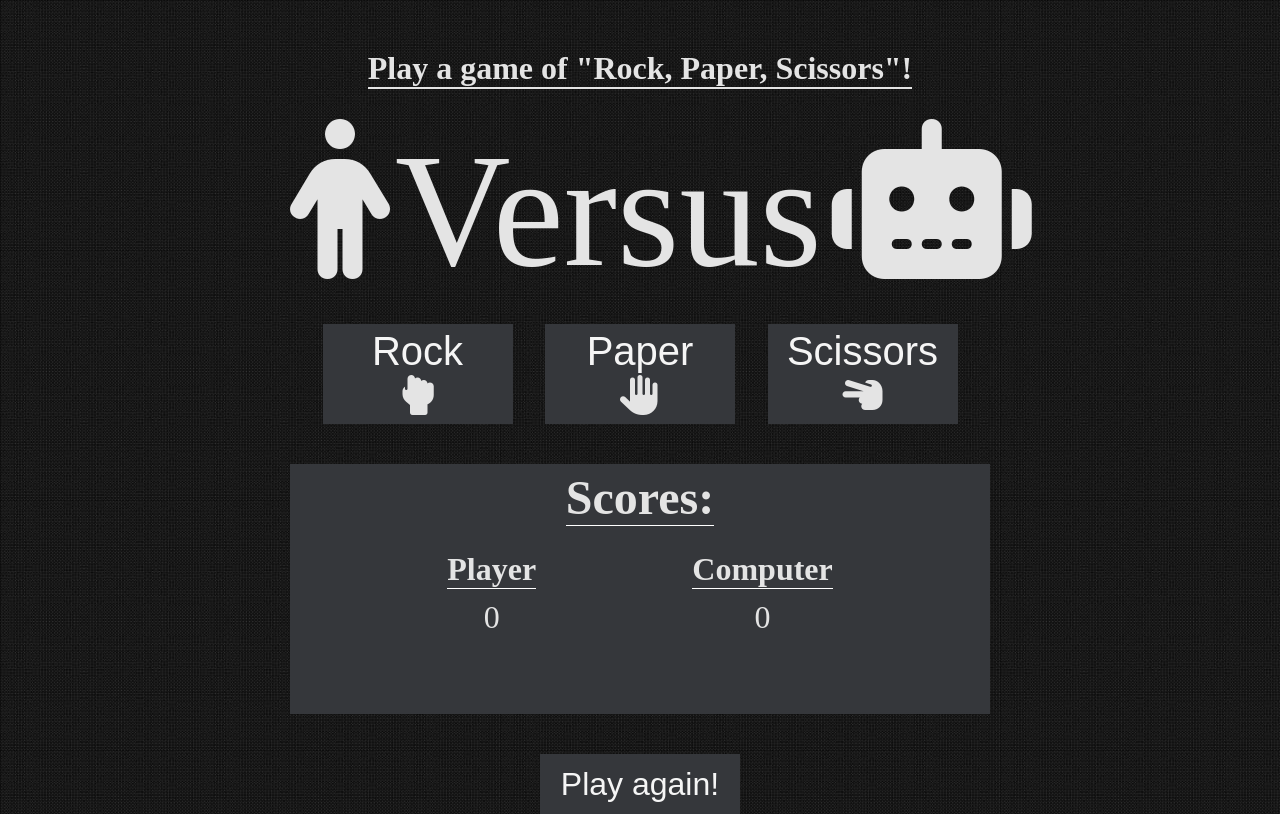
Repository: Pafestivo/rock-paper-scissors
Page: index.html
The author's editor kept a copy of each file at every save. The page is drawn from the files as they stood at one save, then again after the next save.
The browser window is 1280 px wide. The pictures show the whole page.
Some web libraries are served in a nearby version.

Above is the page before, as saved 2022-10-15 12:30:11.

After the next save:
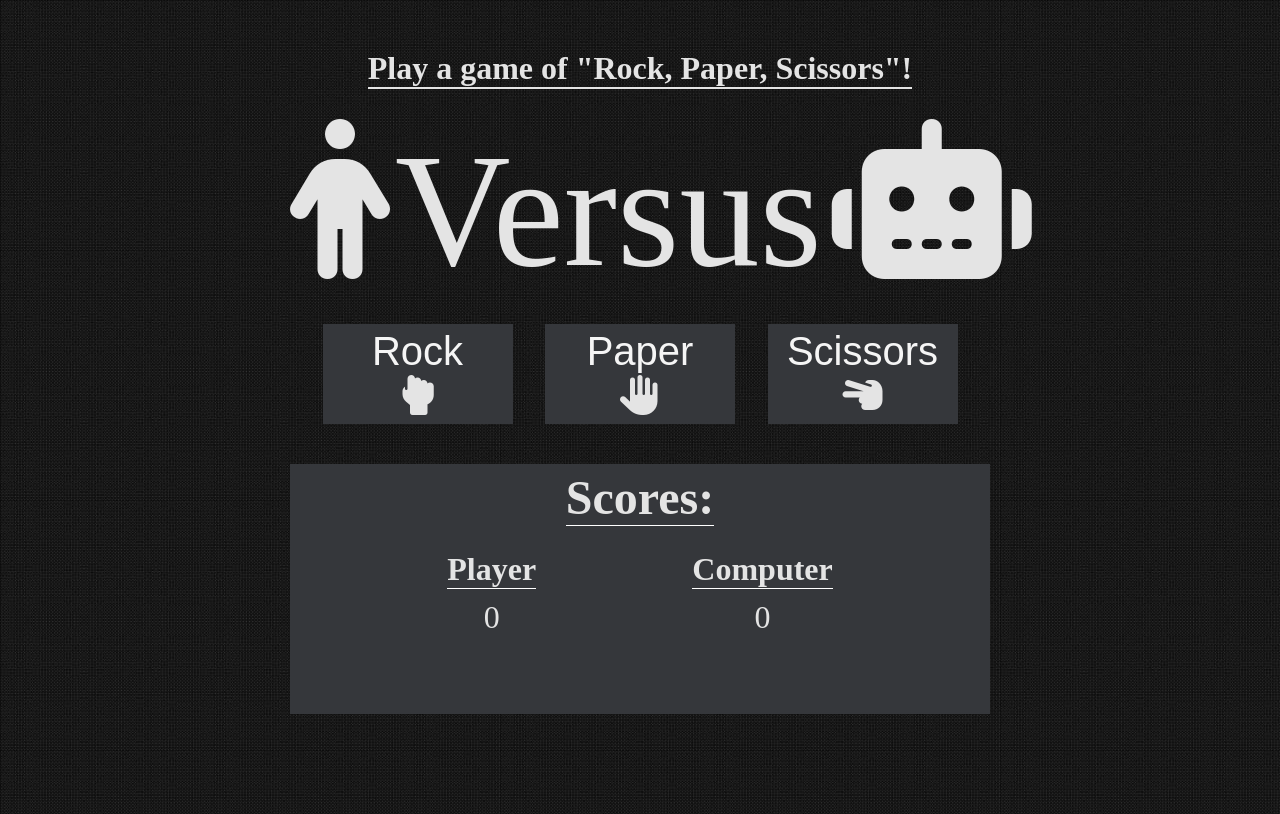
Saved 30 s later.
--- a/styles.css
+++ b/styles.css
@@ -135,5 +135,5 @@ button:disabled:hover {
 }
 
 .hidden {
-  display: none;
+  visibility: hidden;
 }

After the save that followed:
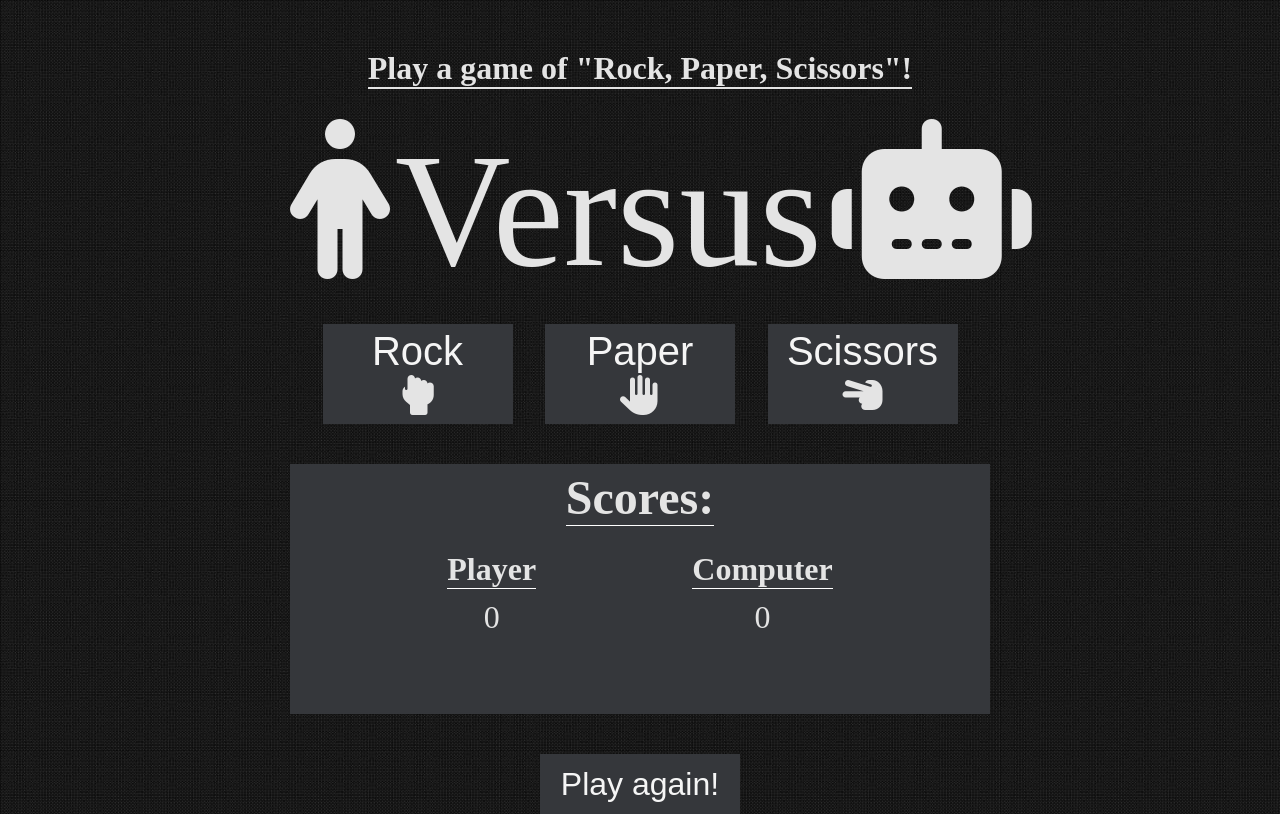
Saved 10 s later.
--- a/index.html
+++ b/index.html
@@ -55,7 +55,7 @@
 
   </div> <!-- /results -->
 
-  <button id="play-again" class="hidden">Play again!</button>
+  <button id="play-again" class="">Play again!</button>
 
 
 </body>
